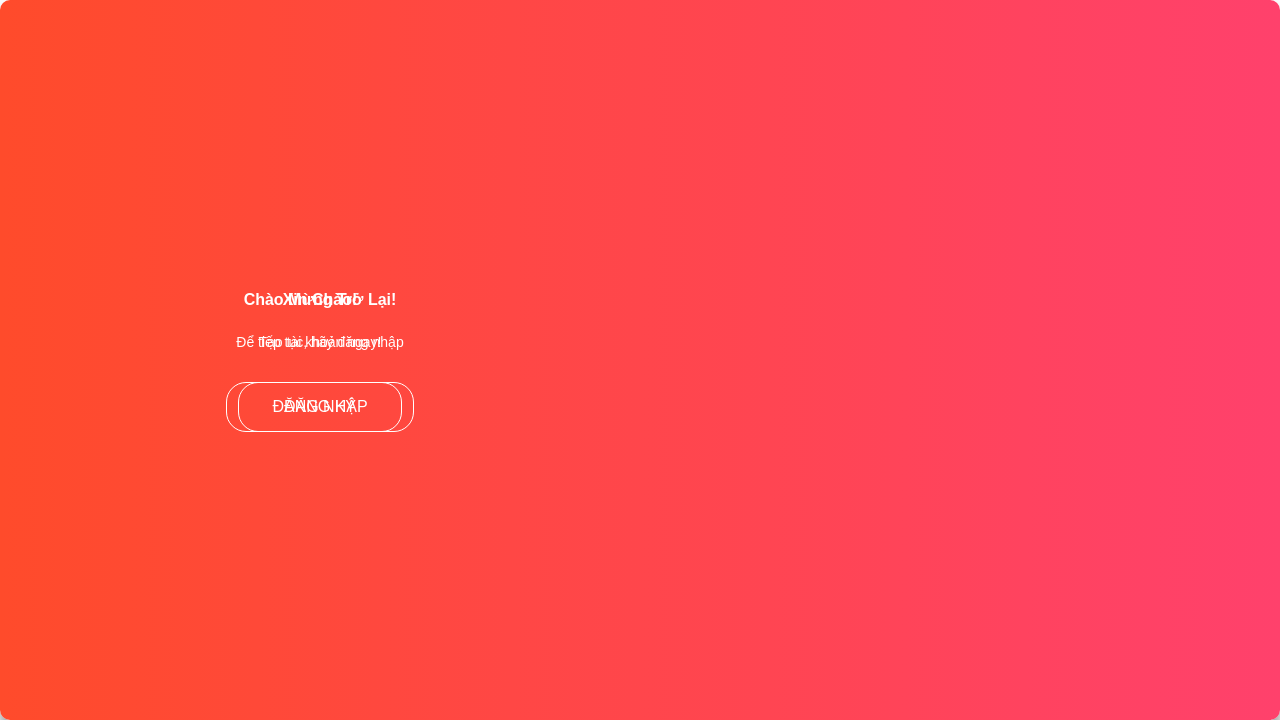
Repository: BlackWolf2002/project_airbn_react
Page: /, after clicking the first element matching `div.overlay-right > button`
The author's editor kept a copy of each file at every save. The page is drawn from the files as they stood at one save, then again after the next save.
The browser window is 1280 px wide. The pictures show the whole page.
The project was rebuilt for these pictures with package versions that can differ from the ones it lists, and the page was loaded fresh each time. Also part of the build but not shown: vite.config.js.

Above is the page before, as saved 2025-02-04 23:42:11.

After the next save:
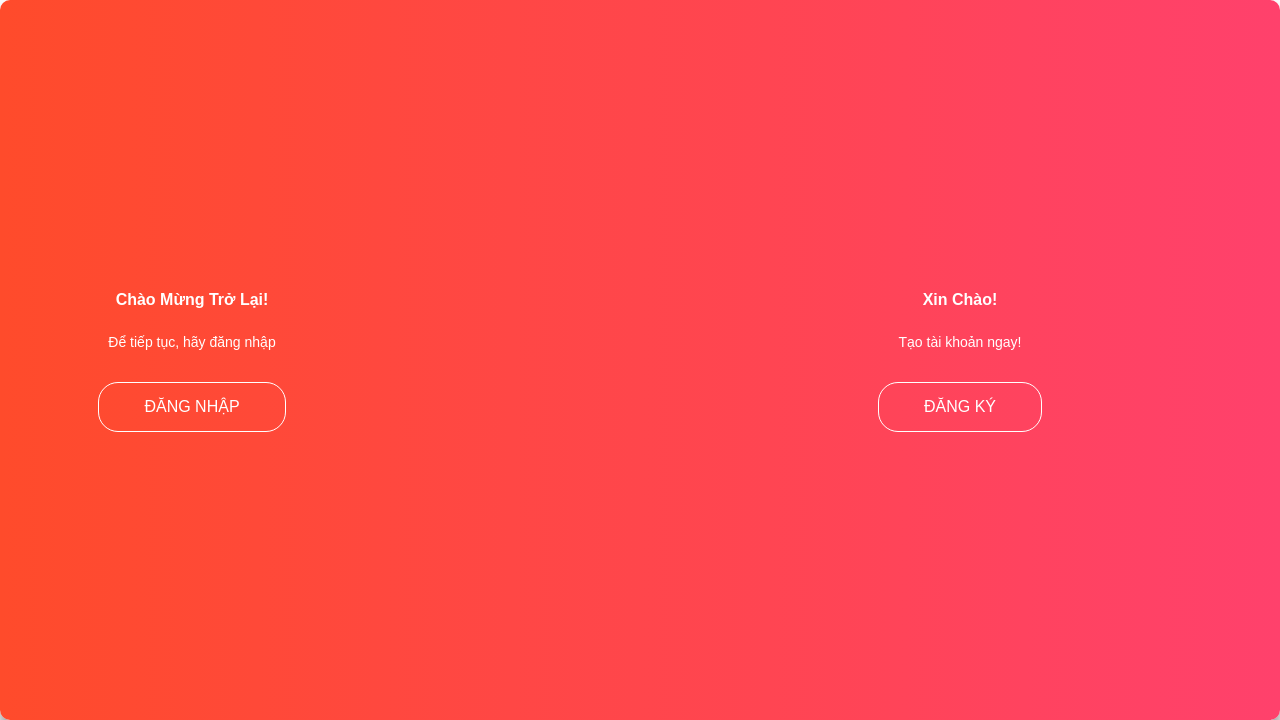
Saved 4 min 37 s later.
--- a/src/style/Login.css
+++ b/src/style/Login.css
@@ -100,3 +100,35 @@
     height: 100%;
     width: 50%;
 }
+
+.overlay-left {
+    transform: translateX(-20%);
+}
+
+.container-login.right-panel-active .overlay-left {
+    transform: translateX(0);
+}
+
+.overlay-right {
+    right: 0;
+    transform: translateX(0);
+}
+
+.container-login.right-panel-active .overlay-right {
+    transform: translateX(20%);
+}
+
+.container-login .social-container {
+    margin: 20px 0;
+}
+
+.container-login .social-container a {
+    border: 1px solid #dddddd;
+    border-radius: 50%;
+    display: inline-flex;
+    justify-content: center;
+    align-items: center;
+    margin: 0 5px;
+    height: 40px;
+    width: 40px;
+}
